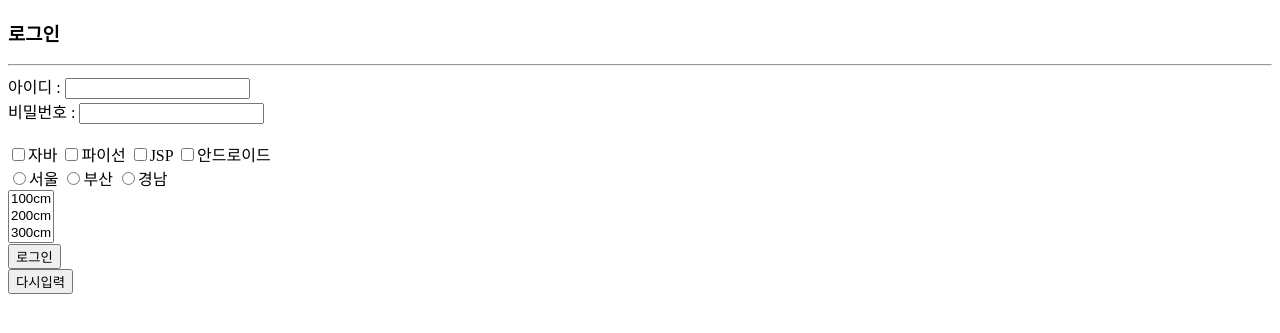
Repository: papepopopy/javascript
Page: http://localhost/webjsp/ex01/sample02/login_response.jsp
An editor plug-in stored every save of this project. The page is shown before and after the next save, followed by the edit.
The browser window is 1280 px wide. The pictures show the whole page.
The page is served by Tomcat 9. Nobody is signed in. The application's start-up code is not run. Other server files are loaded and not shown.

Above is the page before, as saved 2024-06-26 04:06:32.

### jspStudy/jspStudy/webjsp/src/main/webapp/ex01/sample02/login_response.jsp
<%@ page language="java" contentType="text/html; charset=UTF-8"
    pageEncoding="UTF-8"%>
<!DOCTYPE html>
<html>
<head>
<meta charset="UTF-8">
<title>Insert title here</title>
</head>
<body>
<div class="container">
		<div class="login">
			<h3>로그인</h3>
		    <hr>
		    <form action="/webjsp/login2" method="post">
		    	<div>
			    	<label>아이디 : </label>
			    	<input type="text" name="user_id" class="form-control">
		    	</div>
		    	<div>
			    	<label>비밀번호 : </label>
			    	<input type="password" name="user_pw" class="form-control">
		    	</div>

		    	<br>

		    	<input type="checkbox" name="subject" class="" value="java">자바
		    	<input type="checkbox" name="subject" class="" value="python">파이선
		    	<input type="checkbox" name="subject" class="" value="jsp">JSP
		    	<input type="checkbox" name="subject" class="" value="android">안드로이드
		    	<br>

		    	<input type="radio" name="address" value="1">서울
		    	<input type="radio" name="address" value="2">부산
		    	<input type="radio" name="address" value="3">경남
		    	<br>
		    	<select name="sel_size" size="3" multiple="multiple">
		    		<option value="100">100cm</option>
		    		<option value="200">200cm</option>
		    		<option value="300">300cm</option>
		    		<option value="400">400cm</option>
		    		<option value="500">500cm</option>
		    	</select>
		    	<div class = "d-flex justify-content-center" >

			    	<div>
			    		<input type="submit" value="로그인" class="btn btn-success m-1">
			    	</div>
			    	<div>
			    		<input type="reset" value="다시입력" class="btn btn-danger">
			    	</div>
		    	</div>
		    </form>
		</div>
	</div>
</body>
</html>

After the next save:
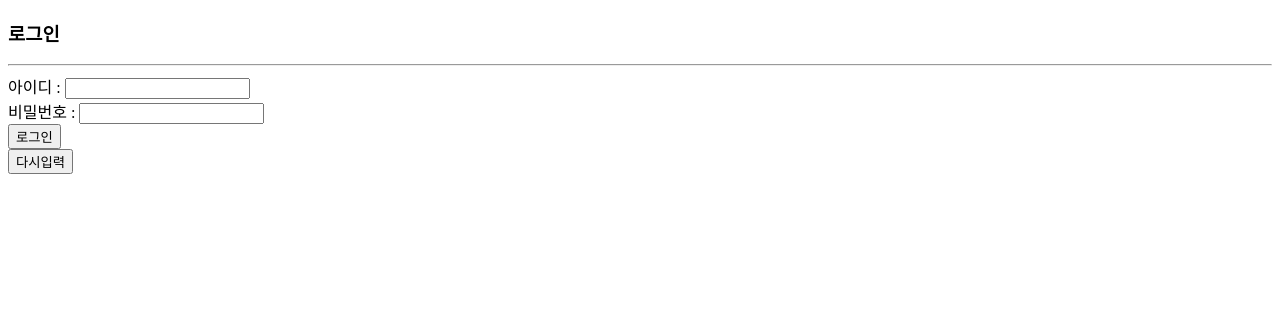
Saved 4 min 26 s later.
--- a/jspStudy/jspStudy/webjsp/src/main/webapp/ex01/sample02/login_response.jsp
+++ b/jspStudy/jspStudy/webjsp/src/main/webapp/ex01/sample02/login_response.jsp
@@ -20,26 +20,6 @@
 			    	<label>비밀번호 : </label>
 			    	<input type="password" name="user_pw" class="form-control">
 		    	</div>
-
-		    	<br>
-
-		    	<input type="checkbox" name="subject" class="" value="java">자바
-		    	<input type="checkbox" name="subject" class="" value="python">파이선
-		    	<input type="checkbox" name="subject" class="" value="jsp">JSP
-		    	<input type="checkbox" name="subject" class="" value="android">안드로이드
-		    	<br>
-
-		    	<input type="radio" name="address" value="1">서울
-		    	<input type="radio" name="address" value="2">부산
-		    	<input type="radio" name="address" value="3">경남
-		    	<br>
-		    	<select name="sel_size" size="3" multiple="multiple">
-		    		<option value="100">100cm</option>
-		    		<option value="200">200cm</option>
-		    		<option value="300">300cm</option>
-		    		<option value="400">400cm</option>
-		    		<option value="500">500cm</option>
-		    	</select>
 		    	<div class = "d-flex justify-content-center" >
 
 			    	<div>
